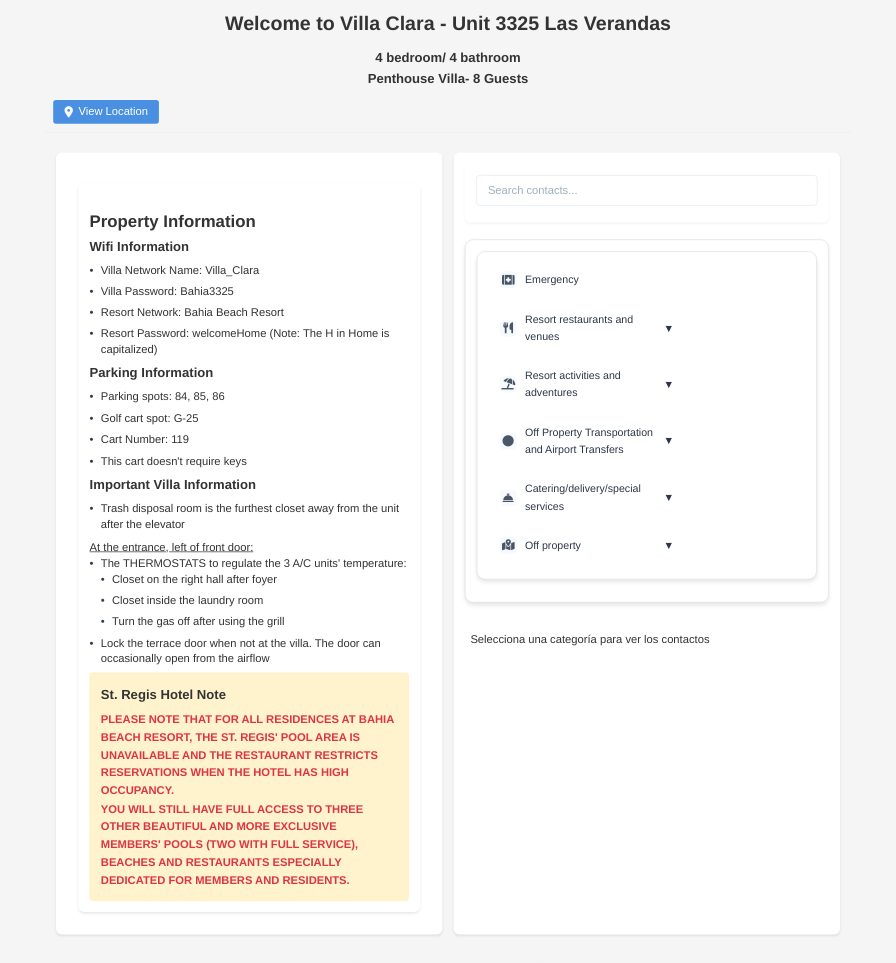
Repository: chvg1968/luxephonebook
Page: public/pages/villaclara.html
These files come from the project's save history. The page is drawn as it stood at one moment and after the next save; the edit follows.
The browser window is 1280 px wide. The pictures show the part of the page from y = 547 to 2467 px (the page is 1922 px tall before and 2687 px after), at 70% of full size.

Above is the page before, as saved 2025-02-01 14:26:59.

### public/pages/villaclara.html
<!DOCTYPE html>
<html lang="en">
<head>
    <meta charset="UTF-8">
    <meta name="viewport" content="width=device-width, initial-scale=1.0">
    <title>Luxe Properties - Villa Clara</title>
    <link rel="stylesheet" href="/public/assets/styles/main.css">
    <link rel="stylesheet" href="/public/assets/styles/components/accordion.css">
    <link rel="stylesheet" href="/public/assets/styles/components/category-tree.css">
    <link rel="stylesheet" href="/public/assets/styles/components/card.css">
    <link rel="stylesheet" href="/public/assets/styles/components/modal.css">
    <link rel="stylesheet" href="/public/assets/styles/components/search.css">
    <link rel="stylesheet" href="https://cdnjs.cloudflare.com/ajax/libs/font-awesome/6.0.0/css/all.min.css">
</head>
<body>
    <div class="container">
        <header class="main-header">
            <div class="logo-container">
                <img src="/public/assets/images/logo.png" alt="Luxe Properties Logo" class="logo">
            </div>
        </header>

        <main>
            <div class="property-welcome">
                <img src="/public/assets/images/properties/villaclara/Villa Clara.jpg" alt="Villa Clara" class="property-image">
                <h1 id="propertyTitle">Welcome to Villa Clara - Unit 3325 Las Verandas</h1>
                <h3>4 bedroom/ 4 bathroom </h3>
                <h3>Penthouse Villa- 8 Guests</h3>
                <div class="property-actions">
                    <a href="/index.html" class="back-to-home">
                        <i class="fas fa-home"></i>
                        <span>Back to home</span>
                    </a>
                    <button class="view-map-btn" onclick="openMapModal()">
                        <i class="fas fa-map-marker-alt"></i>
                        <span>View Location</span>
                    </button>
                </div>
            </div>

            <!-- Modal para el mapa -->
            <div id="mapModal" class="modal">
                <div class="modal-content">
                    <span class="close" onclick="closeMapModal()">&times;</span>
                    <h2>Villa Clara Location</h2>
                    <p>On your mobile, rotate your screen to landscape mode for a better view.</p>
                    <div class="map-container">
                        <div class="map-wrapper">
                            <img src="/public/assets/images/map.jpg"
                                 alt="Villa Clara Location Map"
                                 class="map-image"
                                 id="mapImage">
                        </div>
                        <div class="map-controls">
                            <button title="Zoom in" onclick="zoomMap(1.2)" class="zoom-btn">
                                <i class="fas fa-search-plus"></i>
                            </button>
                            <button title="Zoom out" onclick="zoomMap(0.8)" class="zoom-btn">
                                <i class="fas fa-search-minus"></i>
                            </button>
                            <button title="Reset zoom" onclick="resetMap()" class="zoom-btn">
                                <i class="fas fa-undo"></i>
                            </button>
                        </div>
                    </div>
                </div>
            </div>

            <div class="two-column-layout">
                <!-- Columna de información de la propiedad -->
                <div class="property-column">
                    <div class="property-hero">
                        <div class="property-info">
                            <div class="info-section">
                                <h2>Property Information</h2>
                                <div class="info-group">
                                    <h3>Wifi Information</h3>
                                    <ul class="info-list" style="list-style: none;">
                                        <li>Villa Network Name: Villa_Clara</li>
                                        <li>Villa Password: Bahia3325</li>
                                        <li>Resort Network: Bahia Beach Resort</li>
                                        <li>Resort Password: welcomeHome (Note: The H in Home is capitalized)</li>
                                    </ul>
                                </div>

                                <div class="info-group">
                                    <h3>Parking Information</h3>
                                    <ul class="info-list">
                                        <li>Parking spots: 84, 85, 86</li>
                                        <li>Golf cart spot: G-25</li>
                                        <li>Cart Number: 119</li>
                                        <li>This cart doesn't require keys</li>
                                    </ul>
                                </div>

                                <div class="info-group">
                                    <h3>Important Villa Information</h3>
                                    <ul class="info-list" style="list-style: none;">
                                        <li>Trash disposal room is the furthest closet away from the unit after the elevator</li>
                                        <p style="text-decoration: underline;">At the entrance, left of front door:</p>
                                        <li>The THERMOSTATS to regulate the 3 A/C units' temperature:
                                            <ul style="list-style: none;">
                                                <li>Closet on the right hall after foyer</li>
                                                <li>Closet inside the laundry room</li>
                                                <li>Turn the gas off after using the grill</li>
                                            </ul>
                                        </li>
                                        <li>Lock the terrace door when not at the villa. The door can occasionally open from the airflow</li>
                                    </ul>
                                </div>

                                <div class="info-group warning">
                                    <h3>St. Regis Hotel Note</h3>
                                    <p>PLEASE NOTE THAT FOR ALL RESIDENCES AT BAHIA BEACH RESORT, THE ST. REGIS' POOL AREA IS UNAVAILABLE AND THE RESTAURANT RESTRICTS RESERVATIONS WHEN THE HOTEL HAS HIGH OCCUPANCY.</p>
                                    <p>YOU WILL STILL HAVE FULL ACCESS TO THREE OTHER BEAUTIFUL AND MORE EXCLUSIVE MEMBERS' POOLS (TWO WITH FULL SERVICE), BEACHES AND RESTAURANTS ESPECIALLY DEDICATED FOR MEMBERS AND RESIDENTS.</p>
                                </div>
                            </div>
                        </div>
                    </div>
                </div>

                <!-- Columna de búsqueda y categorías -->
                <div class="search-column">
                    <div class="search-container">
                        <input type="text" id="searchInput" class="search-input" placeholder="Search contacts...">
                        <div id="stats" class="search-stats"></div>
                    </div>

                    <!-- Árbol de categorías -->
                    <div id="categoryTree" class="category-tree"></div>

                    <div id="resultsContainer" class="results"></div>
                </div>
            </div>
        </main>
    </div>

    <script type="module" src="/public/js/property.js"></script>
</body>
</html>

### public/assets/styles/components/accordion.css
.accordion {
    width: 100%;
    max-width: 1200px;
    margin: 2rem auto;
}

.accordion-item {
    margin-bottom: 1rem;
    border-radius: 8px;
    overflow: hidden;
    box-shadow: 0 2px 4px rgba(0, 0, 0, 0.1);
}

.accordion-header {
    background-color: #fff;
    padding: 1rem;
    cursor: pointer;
    display: flex;
    align-items: center;
    transition: background-color 0.3s ease;
}

.accordion-header:hover {
    background-color: #f8f9fa;
}

.accordion-header img {
    width: 100px;
    height: 70px;
    object-fit: cover;
    margin-right: 1rem;
    border-radius: 4px;
}

.accordion-header h2 {
    margin: 0;
    font-size: 1.25rem;
    color: #333;
}

.accordion-content {
    max-height: 0;
    overflow: hidden;
    transition: max-height 0.3s ease-out;
    background-color: #fff;
}

.accordion-content.active {
    max-height: 1000px;
}

.property-hero {
    padding: 1rem;
}

.property-info {
    margin-top: 0.75rem;
}

.property-info h3 {
    color: #333;
    margin-bottom: 0.5rem;
}

.info-section {
    margin-bottom: 1rem;
}

.info-section:last-child {
    margin-bottom: 0;
}

.info-section h3 {
    margin-bottom: 0.5rem;
    color: #333;
}

.info-list {
    list-style: none;
    padding: 0;
    margin: 0;
}

.info-list li {
    margin-bottom: 0.5rem;
    line-height: 1.4;
}

.warning {
    color: #dc3545;
    font-weight: bold;
}

.property-welcome {
    text-align: center;
    margin: 0.75rem 0;
    position: relative;
    padding: 0.75rem;
    border-bottom: 1px solid #eee;
}

.property-image {
    width: 280px;
    height: 180px;
    object-fit: cover;
    border-radius: 8px;
    margin-bottom: 0.75rem;
    box-shadow: 0 4px 6px rgba(0, 0, 0, 0.1);
}

.back-to-home {
    display: flex;
    align-items: center;
    justify-content: center;
    gap: 0.5rem;
    color: #666;
    text-decoration: none;
    font-size: 1rem;
    margin-top: 0.75rem;
    transition: color 0.3s ease;
}

.back-to-home:hover {
    color: #333;
}

.back-to-home i {
    font-size: 1.2rem;
}

/* Header styles */
.main-header {
    text-align: center;
    padding: 1rem;
    margin-bottom: 0.75rem;
    border-bottom: 1px solid #eee;
}

.logo-container {
    margin-bottom: 0.75rem;
}

.logo {
    max-width: 180px;
    height: auto;
}

.welcome-title {
    font-size: 2rem;
    color: #333;
    margin-bottom: 0.5rem;
}

.welcome-subtitle {
    font-size: 1.25rem;
    color: #666;
    margin-bottom: 2rem;
}

.two-column-layout {
    display: grid;
    grid-template-columns: 1fr 1fr;
    gap: 1rem;
    padding: 1rem;
    max-width: 1400px;
    margin: 0 auto;
}

.property-column,
.search-column {
    background: #fff;
    padding: 1rem;
    border-radius: 8px;
    box-shadow: 0 2px 4px rgba(0, 0, 0, 0.1);
}

.search-section {
    margin-bottom: 1rem;
}

.search-box {
    display: flex;
    flex-direction: column;
    gap: 0.75rem;
    margin-bottom: 0.75rem;
}

.search-input,
.category-select {
    padding: 0.75rem;
    border: 1px solid #ddd;
    border-radius: 4px;
    font-size: 1rem;
}

.results {
    margin-top: 2rem;
}

#propertyTitle {
    margin-bottom: 0.75rem;
    color: #333;
    font-size: 1.75rem;
}

main {
    padding-top: 0.75rem;
}

@media (max-width: 768px) {
    .two-column-layout {
        grid-template-columns: 1fr;
    }

    .property-column,
    .search-column {
        padding: 1rem;
    }
}

### public/assets/styles/components/category-tree.css
.category-tree {
    background: #fff;
    border-radius: 12px;
    box-shadow: 0 4px 6px rgba(0, 0, 0, 0.1);
    overflow: visible;
    margin-bottom: 1rem;
    position: relative;
    z-index: 20;
    padding: 1rem;
    border: 1px solid #e1e1e1;
}

.category-section {
    margin-bottom: 0.5rem;
    transition: all 0.3s ease;
}

.category-section:hover {
    transform: translateX(4px);
}

.category-header {
    display: flex;
    align-items: center;
    padding: 0.75rem 1rem;
    cursor: pointer;
    transition: all 0.3s ease;
    position: relative;
    background: #fff;
    z-index: 2;
    border-radius: 8px;
    gap: 12px;
}

.category-header:hover {
    background-color: #f8f9fa;
    box-shadow: 0 2px 4px rgba(0, 0, 0, 0.05);
}

.category-header i:first-child {
    font-size: 1rem;
    width: 24px;
    height: 24px;
    display: flex;
    align-items: center;
    justify-content: center;
    color: #4a5568;
    background: #f7fafc;
    border-radius: 6px;
    transition: all 0.3s ease;
}

.category-header:hover i:first-child {
    color: #2b6cb0;
    transform: scale(1.1);
    background: #ebf8ff;
}

.category-header span {
    flex: 1;
    font-weight: 500;
    color: #2d3748;
    font-size: 0.95rem;
}

.category-header .toggle-icon {
    font-size: 0.75rem;
    color: #718096;
    transition: transform 0.3s ease;
    width: 20px;
    height: 20px;
    display: flex;
    align-items: center;
    justify-content: center;
}

.category-list {
    max-height: 0;
    overflow: hidden;
    transition: all 0.3s cubic-bezier(0.4, 0, 0.2, 1);
    background: #f8f9fa;
    margin-left: 1rem;
    border-left: 2px solid #e2e8f0;
}

.category-list.collapsed {
    max-height: 0;
}

.category-list:not(.collapsed) {
    max-height: 500px;
    margin-top: 0.5rem;
    margin-bottom: 0.5rem;
}

.category-item {
    padding: 0.625rem 1rem;
    cursor: pointer;
    transition: all 0.2s ease;
    display: flex;
    align-items: center;
    gap: 12px;
    margin: 0.25rem 0;
    border-radius: 6px;
    margin-right: 0.5rem;
}

.category-item i {
    font-size: 0.875rem;
    width: 20px;
    height: 20px;
    display: flex;
    align-items: center;
    justify-content: center;
    color: #718096;
    transition: all 0.2s ease;
}

.category-item span {
    font-size: 0.875rem;
    color: #4a5568;
}

.category-item:hover {
    background-color: #edf2f7;
    transform: translateX(4px);
}

.category-item:hover i {
    color: #2b6cb0;
}

/* Estilos para elementos seleccionados */
.category-header.selected,
.category-item.selected {
    background-color: #ebf8ff;
    font-weight: 600;
    color: #2b6cb0;
}

.category-header.selected i:first-child,
.category-item.selected i {
    color: #2b6cb0;
    background: #bee3f8;
}

/* Animación para el icono de toggle */
.category-header .fa-chevron-up {
    transform: rotate(180deg);
}

/* Efecto de hover para toda la sección */
.category-section:hover > .category-header {
    background-color: #f7fafc;
}

/* Estilo especial para Emergency */
.category-header[data-category="Emergency"] i:first-child {
    color: #e53e3e;
    background: #fed7d7;
}

/* Estilo especial para Golf Cart */
.category-header[data-category="Golf Cart"] i:first-child {
    color: #2b6cb0;
    background: #bee3f8;
}

/* Responsividad */
@media (max-width: 768px) {
    .category-tree {
        margin: 0.5rem;
        padding: 0.5rem;
    }

    .category-header,
    .category-item {
        padding: 0.5rem;
    }

    .category-item {
        padding-left: 2rem;
    }
}

### public/assets/styles/components/card.css
/* card.css */
.card {
    background: #fff;
    border-radius: 8px;
    box-shadow: 0 2px 4px rgba(0, 0, 0, 0.1);
    margin-bottom: 1rem;
    transition: transform 0.2s ease, box-shadow 0.2s ease;
}

.card:hover {
    transform: translateY(-2px);
    box-shadow: 0 4px 8px rgba(0, 0, 0, 0.15);
}

.card-header {
    padding: 1rem;
    border-bottom: 1px solid #eee;
}

.card-header h3 {
    margin: 0;
    color: #2d3748;
    font-size: 1.1rem;
    font-weight: 600;
}

.card-body {
    padding: 1rem;
}

.contact-info {
    display: flex;
    align-items: center;
    margin-bottom: 0.5rem;
    gap: 0.5rem;
}

.contact-info i {
    color: #4a5568;
    width: 20px;
    text-align: center;
}

.contact-info a {
    color: #4299e1;
    text-decoration: none;
    transition: color 0.2s ease;
}

.contact-info a:hover {
    color: #2b6cb0;
    text-decoration: underline;
}

.description {
    margin-top: 0.75rem;
    color: #4a5568;
    font-size: 0.9rem;
    line-height: 1.4;
}

.tags {
    display: flex;
    flex-wrap: wrap;
    gap: 0.5rem;
    margin-top: 0.75rem;
}

.tag {
    font-size: 0.8rem;
    padding: 0.25rem 0.5rem;
    border-radius: 4px;
    background: #edf2f7;
    color: #4a5568;
}

.tag.category {
    background: #ebf4ff;
    color: #2b6cb0;
}

.tag.section {
    background: #f0fff4;
    color: #2f855a;
}

.info-link {
    color: #007bff;
    text-decoration: none;
    margin-left: 5px;
    cursor: pointer;
}

.info-link:hover {
    text-decoration: underline;
    color: #0056b3;
}

/* Estilos para la modal */
.modal {
    display: none;
    position: fixed;
    z-index: 1000;
    left: 0;
    top: 0;
    width: 100%;
    height: 100%;
    background-color: rgba(0,0,0,0.5);
}

.modal-content {
    background-color: #fefefe;
    margin: 15% auto;
    padding: 20px;
    border: 1px solid #888;
    width: 80%;
    max-width: 600px;
    border-radius: 8px;
    max-height: 80vh;
    overflow-y: auto;
}

.close {
    color: #aaa;
    float: right;
    font-size: 28px;
    font-weight: bold;
    cursor: pointer;
}

.close:hover {
    color: #000;
}

.info-section {
    margin: 20px 0;
}

.warning {
    background-color: #fff3cd;
    border: 1px solid #ffeeba;
    padding: 15px;
    border-radius: 4px;
}

.warning-text {
    color: #856404;
    font-weight: bold;
    margin-top: 10px;
}

/* Responsive styles */
@media (max-width: 768px) {
    .card {
        margin: 0.5rem;
    }

    .card-header h3 {
        font-size: 1rem;
    }

    .contact-info {
        font-size: 0.9rem;
    }
}

/* search.css */
.search-section {
    background-color: var(--card-background);
    padding: var(--spacing-lg);
    border-radius: var(--border-radius);
    margin-bottom: var(--spacing-lg);
    box-shadow: var(--shadow-sm);
}

.search-box {
    display: flex;
    gap: var(--spacing-md);
    margin-bottom: var(--spacing-md);
}

/* header.css */
header {
    background-color: transparent;
    padding: var(--spacing-md);
    text-align: center;
    margin-bottom: var(--spacing-lg);
}

### public/assets/styles/components/search.css
/* Search Section Styles */
.search-section {
    background-color: var(--secondary-color);
    padding: var(--spacing-lg);
    border-radius: var(--border-radius);
    margin-bottom: var(--spacing-lg);
    box-shadow: var(--card-shadow);
}

.search-box {
    display: flex;
    gap: var(--spacing-md);
    margin-bottom: var(--spacing-md);
}

.search-input {
    flex: 1;
    padding: 1rem 1.5rem;
    border: 2px solid #e2e8f0;
    border-radius: var(--border-radius);
    font-size: 1rem;
    transition: border-color 0.3s ease;
}

.search-input:focus {
    outline: none;
    border-color: var(--primary-color);
    box-shadow: 0 0 0 3px rgba(26, 95, 122, 0.1);
}

.search-input::placeholder {
    color: #94a3b8;
}

.category-select {
    min-width: 200px;
    padding: 1rem 1.5rem;
    border: 2px solid #e2e8f0;
    border-radius: var(--border-radius);
    font-size: 1rem;
    background-color: white;
    cursor: pointer;
    appearance: none;
    background-image: url("data:[embedded picture, 228 characters]");
    background-repeat: no-repeat;
    background-position: right 1rem center;
    background-size: 1.5em;
    padding-right: 2.5rem;
}

.category-select:focus {
    outline: none;
    border-color: var(--primary-color);
    box-shadow: 0 0 0 3px rgba(26, 95, 122, 0.1);
}

.stats {
    color: #64748b;
    font-size: 0.875rem;
    text-align: right;
    margin-top: 0.5rem;
}

.search-container {
    margin-bottom: 1.5rem;
    padding: 1rem;
    background: #fff;
    border-radius: 8px;
    box-shadow: 0 2px 4px rgba(0, 0, 0, 0.05);
}

.search-input {
    width: 100%;
    padding: 0.75rem 1rem;
    font-size: 1rem;
    border: 1px solid #e2e8f0;
    border-radius: 6px;
    background-color: #fff;
    transition: all 0.2s ease;
}

.search-input:focus {
    outline: none;
    border-color: #4299e1;
    box-shadow: 0 0 0 3px rgba(66, 153, 225, 0.15);
}

.search-input::placeholder {
    color: #a0aec0;
}

.search-stats {
    margin-top: 0.5rem;
    font-size: 0.875rem;
    color: #718096;
}

/* Responsive Design */
@media (max-width: 768px) {
    .search-box {
        flex-direction: column;
    }

    .search-input,
    .category-select {
        width: 100%;
    }
}

Loaded but not shown: public/js/data/contacts.js (1275 lines, source omitted); public/js/components/CategoryTree.js (394 lines, source omitted); public/js/components/Card.js (373 lines, source omitted); public/js/property.js (340 lines, source omitted); public/js/components/Modal.js (268 lines, source omitted); public/js/components/ScrollToTop.js (92 lines, source omitted); public/js/components/SearchBar.js (56 lines, source omitted); public/assets/styles/main.css (410 lines, source omitted); public/assets/styles/components/modal.css (416 lines, source omitted)

After the next save:
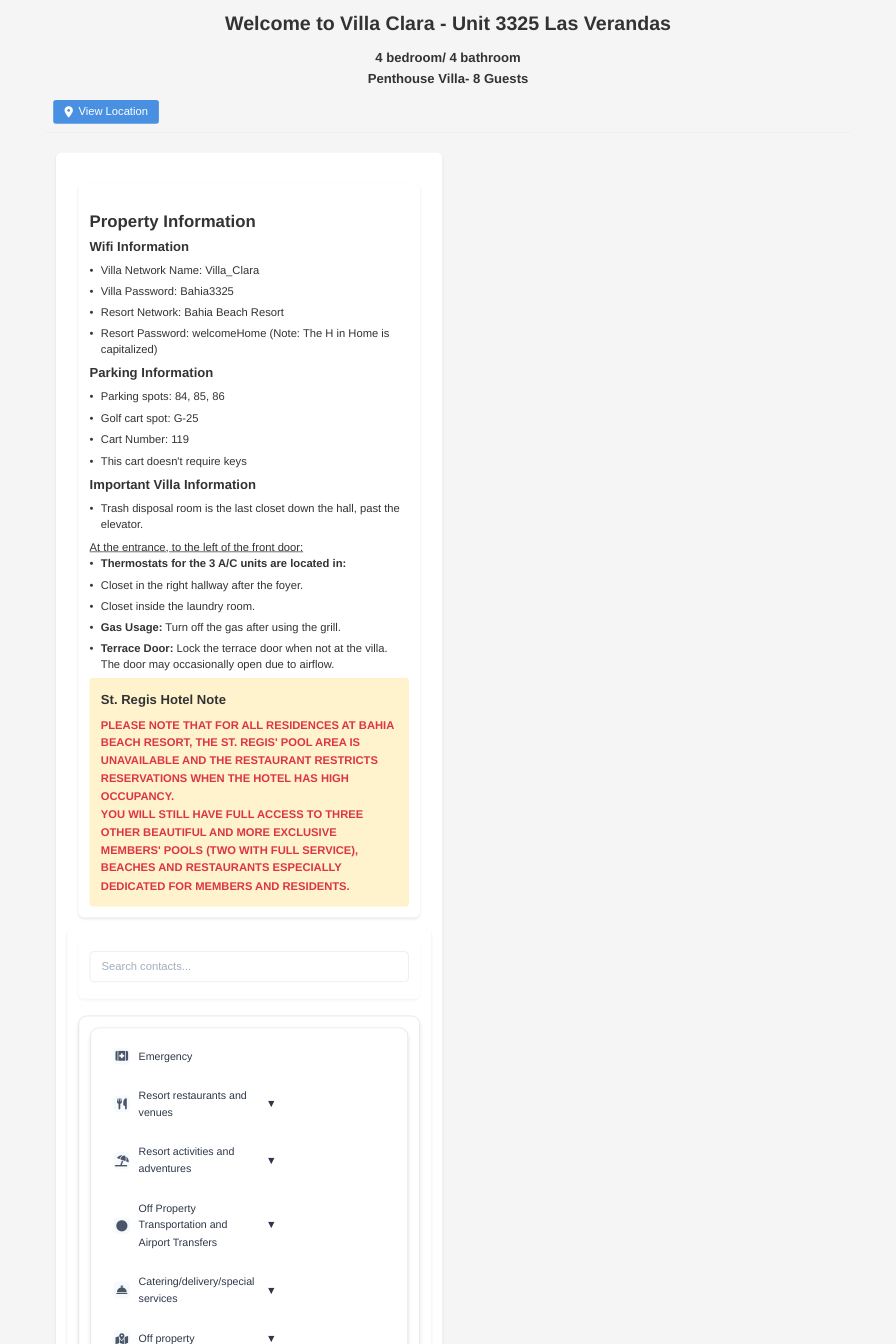
Saved 3 min 29 s later.
--- a/public/pages/villaclara.html
+++ b/public/pages/villaclara.html
@@ -96,18 +96,19 @@
                                 <div class="info-group">
                                     <h3>Important Villa Information</h3>
                                     <ul class="info-list" style="list-style: none;">
-                                        <li>Trash disposal room is the furthest closet away from the unit after the elevator</li>
-                                        <p style="text-decoration: underline;">At the entrance, left of front door:</p>
-                                        <li>The THERMOSTATS to regulate the 3 A/C units' temperature:
+                                        <li>Trash disposal room is the last closet down the hall, past the elevator.</li>
+
+                                        <p style="text-decoration: underline;">At the entrance, to the left of the front door:</p>
+                                        <ul class="info-list" style="list-style: none;">
+                                            <li><strong>Thermostats for the 3 A/C units are located in:</strong></li>
                                             <ul style="list-style: none;">
-                                                <li>Closet on the right hall after foyer</li>
-                                                <li>Closet inside the laundry room</li>
-                                                <li>Turn the gas off after using the grill</li>
+                                                <li>Closet in the right hallway after the foyer.</li>
+                                                <li>Closet inside the laundry room.</li>
                                             </ul>
-                                        </li>
-                                        <li>Lock the terrace door when not at the villa. The door can occasionally open from the airflow</li>
+                                            <li><strong>Gas Usage:</strong> Turn off the gas after using the grill.</li>
+                                            <li><strong>Terrace Door:</strong> Lock the terrace door when not at the villa. The door may occasionally open due to airflow.</li>
+                                        </ul>
                                     </ul>
-                                </div>
 
                                 <div class="info-group warning">
                                     <h3>St. Regis Hotel Note</h3>
